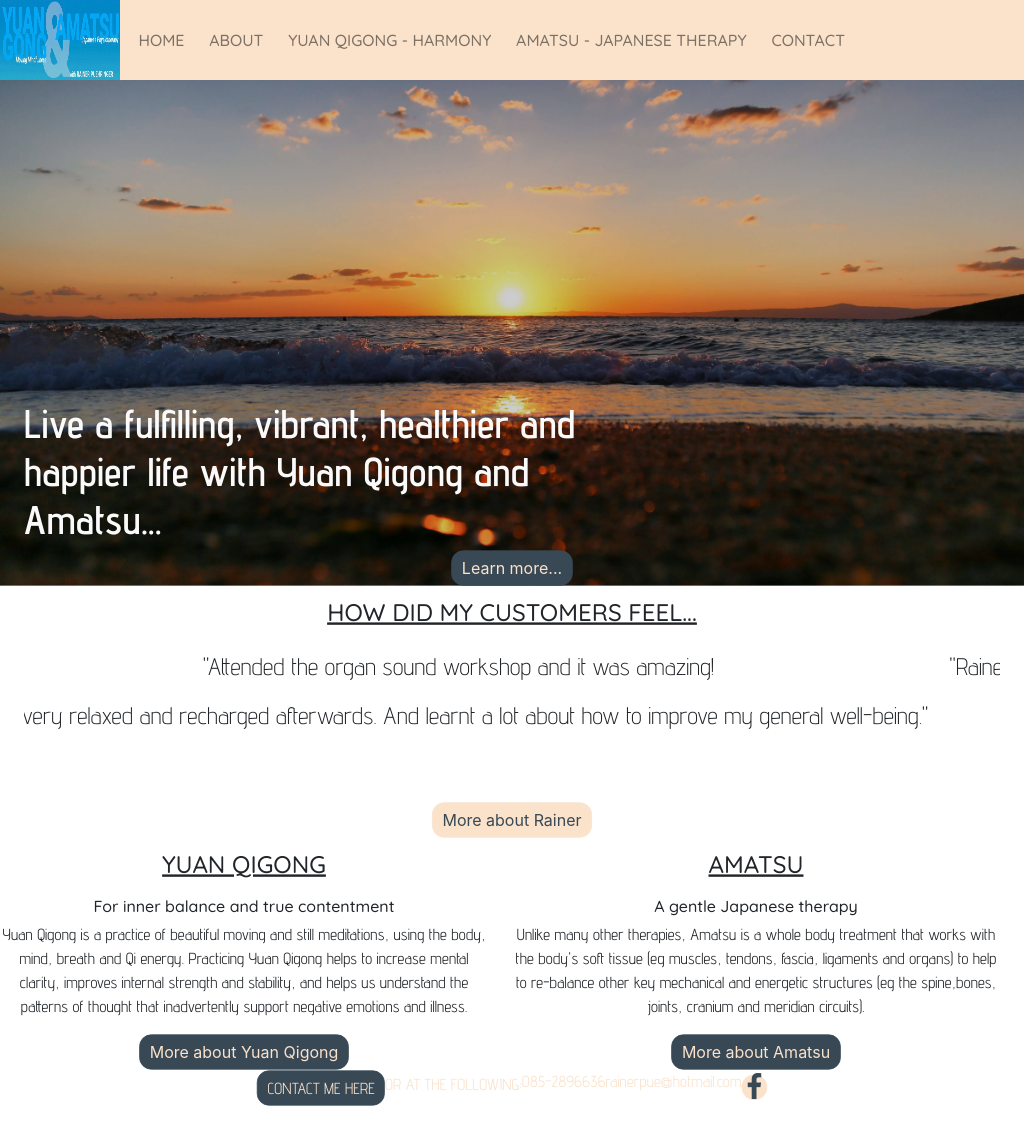
Repository: rainerpue/practitioner_website
Page: index.html
The author's editor kept a record of every edit. The page is drawn from the files as they stood at one moment, then again after the next edit.
The browser window is 1280 px wide. The page is 1295 px wide, so the pictures cover 1295 px, including what lies to the right of the window. The pictures show the whole page, at 80% of full size.
Backgrounds fixed to the window are drawn as part of the page. Some web libraries are served in a nearby version.

Above is the page before.

### index.html
<!DOCTYPE html>
<html lang="en">

<head>
    <meta charset="UTF-8">
    <meta name="viewport" content="width=device-width, initial-scale=1.0">
    <meta http-equiv="X-UA-Compatible" content="ie=edge">
    <meta name="description" content="Home page | Rainer Puehringer, Find your Energy flow">
    <meta name="keywords" content="qigong, amatsu, therapy, energy flow, body balance, harmony, Japanese therapy, yuan gong, ireland">
    <meta name="author" content="Rainer Puehringer">
    <!-- style links -->
    <link rel="stylesheet" href="https://stackpath.bootstrapcdn.com/bootstrap/4.3.1/css/bootstrap.min.css" type="text/css" />
    <link rel="stylesheet" href="https://stackpath.bootstrapcdn.com/font-awesome/4.7.0/css/font-awesome.min.css" type="text/css" />

    <!-- link to my css file comes after to make sure it render over bootstrap style -->
    <link rel="stylesheet" href="assets/css/style.css" type="text/css" />

    <title>Rainer Puehringer, Find your Energy flow with Yuan Qigong and Amatsu</title>

</head>

<body>
    <!-- navbar and logo -->
    <!-- blue background will only show on bigger screens, set to transparent for mobile device -->
    <nav class="navbar navbar-expand-md fixed-top navbar-light bg-coral">
        <!-- logo -->
        <a href="index.html" class="navbar-brand logo">
            <img src="assets/images/logo.jpeg" width="150" height="100" alt="logo">
        </a>
        <!-- button for smaller devices -->
        <button class="navbar-toggler" type="button" data-toggle="collapse" data-target="#burger" aria-controls="burger" aria-expanded="false" aria-label="Toggle navigation">
    <span class="fa fa-bars"></span>
  </button>
        <!-- navigation items which drop down vertically from burger icon in smaller devices -->
        <div class="collapse navbar-collapse" id="burger">
            <ul class="navbar-nav mr-auto text-uppercase">
                <li class="nav-item">
                    <a class="nav-link" href="index.html">Home</a>
                </li>
                <li class="nav-item">
                    <a class="nav-link" href="about.html">About</a>
                </li>
                <li class="nav-item">
                    <a class="nav-link" href="index.html">Yuan Qigong - Harmony</a>
                </li>
                <li class="nav-item">
                    <a class="nav-link" href="index.html">Amatsu - Japanese Therapy</a>
                </li>
                <li class="nav-item">
                    <a class="nav-link" href="index.html">Contact</a>
                </li>
            </ul>
        </div>
    </nav>

    <!-- end navbar -->


    <!-- home image overlay -->
<main>
    <div class="home-image">
        <div class="opaque-overlay">&nbsp;</div>
        <div class="container-fluid">
            <div class="row">
                <div class="col-12">
                    <h1 class="attention">Live a fulfilling, vibrant, healthier and happier life with Yuan Qigong and Amatsu...</h1>
                </div>
            </div>
        </div>
        <div class="container-fluid">
            <div class="row text-center">
                <div class="col-12">
                    <a class="btn btn--gal btn--grey" href="#intro">Learn more...</a>
                </div>
            </div>
        </div>
    </div>

    <!-- testimonials in a carrousel -->
    <section class="bg-slide">
        <div class="row">
            <div class="col text-center">
                <h3 class="text-uppercase color-slide">How did my customers feel...</h3>
            </div>
        </div>
        <div id="carouselExampleControls" class=" carousel slide" data-ride="carousel">
            <div class="carousel-inner col-12">
                <div class="carousel-item active" data-interval="40000">
                    <blockquote class="d-block w-100 color-slide">"Attended the organ sound workshop and it was amazing!</blockquote>
                    <blockquote class="d-block w-100 color-slide">Felt very relaxed and recharged afterwards. And learnt a lot about how to improve my general well-being."</blockquote>
                </div>
                <div class="carousel-item" data-interval="40000">
                    <blockquote class="d-block w-100 color-slide">"Rainer has a deep knowledge on the working of the human body and his Amatsu sessions are great at dealing with the route cause of your pains and ailments.</blockquote>
                    <blockquote class="d-block w-100 color-slide">I highly recommend him"</blockquote>
                </div>
                <div class="carousel-item " data-interval="40000 ">
                    <blockquote class="d-block w-100 color-slide">"Had an Amatsu session with Rainer who quickly and reliably identified sources of my posture problems, which caused me trouble for many many years.</blockquote>
                    <blockquote class="d-block w-100 color-slide">A great feeling!"</blockquote>
                </div>
            </div>
        </div>
        <div class="container-fluid">
            <div class="row text-center">
                <div class="col-12">
                    <a class="btn btn--gal btn--coral" href="#">More about Rainer</a>
                </div>
            </div>
        </div>
    </section>

    <!-- brief introduction section -->

    <section class="intro bg-intro" id="intro">
        <div class="row intro">
            <div class="col-12 col-md-6 text-center">
                <h3 class="text-uppercase color-intro">Yuan Qigong</h3>
                <h4 class="color-intro">For inner balance and true contentment</h4>
                <p class="content-intro">Yuan Qigong is a practice of beautiful moving and still meditations, using the body, mind, breath and Qi energy. Practicing Yuan Qigong helps to increase mental clarity, improves internal strength and stability, and helps us understand
                    the patterns of thought that inadvertently support negative emotions and illness.</p>

                <div class="row text-center">
                    <div class="col-12">
                        <a class="btn btn--gal btn--grey" href="#">More about Yuan Qigong</a>
                    </div>
                </div>
            </div>
            <hr class="section-divider">
            <div class="col-12 col-md-6 text-center">
                <h3 class="text-uppercase  color-intro">Amatsu</h3>
                <h4 class="color-intro">A gentle Japanese therapy</h4>
                <p class="content-intro">Unlike many other therapies, Amatsu is a whole body treatment that works with the body's soft tissue (eg muscles, tendons, fascia, ligaments and organs) to help to re-balance other key mechanical and energetic structures (eg the spine,bones,
                    joints, cranium and meridian circuits).</p>
                <div class="row text-center">
                    <div class="col-12">
                        <a class="btn btn--gal btn--grey" href="#">More about Amatsu</a>
                    </div>
                </div>
            </div>
        </div>
    </section>
</main>
    <!-- footer -->

    <footer>
        <div class="container-fluid footer">
            <div class="row footer-row">
                <div class="col-12 footer-contact">
                    <a class="btn btn--gal btn--grey text-uppercase" href="#">Contact Me Here</a>
                    <h5 class="text-uppercase">or at the following:</h5>
                    <p>085-2896636</p>
                    <p>rainerpue@hotmail.com</p>
                    <a class="socialmedia" href="https://www.facebook.com/YuanGongandAmatsuwithRainer/" target="_blank">
                    <i class="fa fa-facebook"></i>
                    <span class="sr-only">Facebook</span>
                    </a>
                </div>
            </div>
        </div>
    </footer>

    <script src="https://code.jquery.com/jquery-3.2.1.slim.min.js " integrity="sha384-KJ3o2DKtIkvYIK3UENzmM7KCkRr/rE9/Qpg6aAZGJwFDMVNA/GpGFF93hXpG5KkN " crossorigin="anonymous "></script>
    <script src="https://cdnjs.cloudflare.com/ajax/libs/popper.js/1.12.9/umd/popper.min.js " integrity="sha384-ApNbgh9B+Y1QKtv3Rn7W3mgPxhU9K/ScQsAP7hUibX39j7fakFPskvXusvfa0b4Q " crossorigin="anonymous "></script>
    <script src="https://maxcdn.bootstrapcdn.com/bootstrap/4.0.0/js/bootstrap.min.js " integrity="sha384-JZR6Spejh4U02d8jOt6vLEHfe/JQGiRRSQQxSfFWpi1MquVdAyjUar5+76PVCmYl " crossorigin="anonymous "></script>
</body>

</html>

### assets/css/style.css
@import url('https://fonts.googleapis.com/css?family=Advent+Pro:100,200,300,400,500,600,700|Quicksand:300,400,500,700|Poppins:100,200,300,400,500,600,700,800');

body {}

/*-----------------------------------------Colour */

.nav-coral {
    background-color: transparent;
}

.bg-grey {
    background-color: #384955;
    color: #FAE2CB;
    padding-bottom: 20px;
}

.bg-coral {
    background-color: #FAE2CB;
    color: #384955;
    padding-bottom: 20px;
}

/*-----------------------------------------Images */

.about-img {
    background: url(../images/about-image.jpg);
}

.qigong-img {
    background: url(../images/lotus.jpg);
}

.banner-image {
    min-height: 30vh;
    -webkit-background-size: 100% 100%;
    -moz-background-size: 100% 100%;
    -o-background-size: 100% 100%;
    background-size: 100% 100%;
    width: 100vw;
    background-repeat: no-repeat;
    position: relative;
}

.sm-img {
    max-height: 400px;
    max-width: 400px;
}


/*-----------------------------------------Special paddings/margins/texts */

.container-fluid {
    margin: 0;
}

.text-uppercase {
    text-transform: uppercase;
}

.text-center {
    text-align: center;
    margin: 0;
}

.text-justify {
    text-align: justify;
    text-justify: inter-word;
}

main {
    margin: 0;
    padding: 0;
}

h3 {
    padding: 15px 0 15px;
    font-family: "Quicksand", sans-serif;
    font-weight: 500;
    font-size: 30px;
    text-decoration: underline;
}

h4 {
    font-family: "Quicksand", sans-serif;
    font-weight: 500;
    font-size: 20px;
}

a {
    text-decoration: none;
    cursor: pointer;
}

/*-----------------------------------------buttons */

.btn:hover {
    color: #fafafa;
    text-decoration: none;
}

.btn--gal {
    margin-bottom: 0;
    margin-top: 0;
    border-radius: 15px;
    font-size: 20px;
    text-decoration: none;
    cursor: pointer;
}

.btn--grey {
    background-color: #384955;
    border-color: #384955;
    color: #FAE2CB;
}

.btn--grey:hover {
    color: #FF8863;
}

.btn--coral {
    background-color: #FAE2CB;
    border-color: #FAE2CB;
    color: #384955;
}

.btn--coral:hover {
    color: #87B0CD;
}

.btn--footer {
    color: #FAE2CB;
}

/*-----------------------------------------section divider */

.section-divider-short {
    width: 75px;
    height: 5px;
    border: 0;
    background-color: #384955;
}

.section-divider-long {
    width: 100%;
    height: 10px;
    border: 0;
    background-color: #384955;
    margin: 0;
}

/*-----------------------------------------logo */

.logo {
    display: inline-block;
    padding: 0;
    margin: 0;
    line-height: inherit;
    white-space: nowrap;
    background-position: center;
    background-repeat: no-repeat;
    -o-transition: all .5s ease-in-out;
    transition: all .5s ease-in-out;
    -moz-transition: all .5s ease-in-out;
    -webkit-transition: all .5s ease-in-out;
}

/*-----------------------------------------burger icon */

.fa-bars {
    font-size: 30px;
    padding: 5px;
}

.navbar-light .navbar-toggler {
    border-color: rgba(0, 0, 0, .3);
    margin-right: 15px;
}

/*-----------------------------------------nav */

.navbar {
    padding: 0;
    text-align: center;
    overflow: auto;
}

.navbar-collapse {
    background-color: #FAE2CB
}

.nav-item {
    padding-left: 15px;
}

.nav-item a {
    color: #384955;
    font-family: "Quicksand", sans-serif;
    font-weight: 500;
    font-size: 20px;
    -webkit-transition: background-color .2s ease-in-out, color .2s ease-in-out;
    -o-transition: background-color .2s ease-in-out, color .2s ease-in-out;
    transition: background-color .2s ease-in-out, color .2s ease-in-out;
}

.nav-item a:hover {
    color: #FAE2CB!important;
    background-color: #384955;
}

/*-----------------------------------------full background image with attention */

.home-image {
    min-height: 95vh;
    -webkit-box-align: center;
    -ms-flex-align: center;
    align-items: center;
    position: relative;
    background: url(../images/home-image.jpg) no-repeat center center fixed;
    background-size: cover;
    padding-top: 100px;
}

.opaque-overlay {
    position: absolute;
    top: 0;
    left: 0;
    height: 100%;
    width: 100%;
    background: rgba(0, 0, 0, 0.2);
}

.attention {
    width: 80%;
    color: #fafafa;
    font-family: "Advent Pro", sans-serif;
    font-size: 40px;
    font-weight: 600;
    padding-left: 15px;
    padding-top: 200px;
}

/*-----------------------------------------testimonials in carrousel */

.slide {
    position: relative;
    display: -webkit-box;
    display: -ms-flexbox;
    display: flex;
    -webkit-box-align: center;
    -ms-flex-align: center;
    align-items: center;
    min-height: 30vh;
    text-align: center;
    padding: 5px 30px;
    margin-bottom: 20px
}

blockquote {
    width: 80px;
    font-family: "Advent Pro", sans-serif;
    font-weight: 300;
    font-size: 30px;
}

/*-----------------------------------------home intro section */

.intro {
    width: 100%;
    padding: 0;
    min-height: 20vh;
}

.content-intro {
    font-family: "Advent Pro", sans-serif;
    font-size: 20px;
    font-weight: 400;
    margin-bottom: 20px;
}

/*-----------------------------------------footer */

.footer-row {
    padding: 0 15px;
    text-align: center;
    margin-bottom: 20px;
}

.footer-contact {
    font-family: "Advent Pro", sans-serif;
    text-align: center;
    -webkit-box-align: center;
    -ms-flex-align: center;
    align-items: center;
    -webkit-box-pack: center;
    -ms-flex-pack: center;
    justify-content: center;
    color: #FAE2CB;
    padding: 0;
    margin: 0;
}

.footer-contact p {
    font-weight: 400;
    font-size: 20px;

}

.footer-contact h5 {
    font-weight: 400;
    font-size: 20px;
}

.socialmedia i {
    width: 32px;
    height: 32px;
    padding: 12px 0;
    border-radius: 50%;
    font-size: 35px;
    line-height: 7px;
    text-align: center;
    color: #384955;
    background: #FAE2CB;
    transition: all 0.35s ease-in-out;
    -moz-transition: all 0.35s ease-in-out;
    -webkit-transition: all 0.35s ease-in-out;
    -o-transition: all 0.35s ease-in-out;
}

.social-links i:hover {
    background: #e84610;
}

/*-----------------------------------------main content for each page */

.main-content {
    position: relative;
    padding-top: 5px;
    padding-bottom: 5px;
    padding-right: 30px;
    line-height: 200%;
    font-family: "Advent Pro", sans-serif;
    font-size: 20px;
    font-weight: 400;
}

.section-column {
    display: table-cell;
    padding: 0 30px 30px;
    float: none;
}

.intro-section {
    padding-top: 10px;
    padding-bottom: 20px;
}

.section-details {
    min-height: 25vh;
    -webkit-box-align: center;
    -ms-flex-align: center;
    align-items: center!important;
    margin-bottom: 15px;
}



/*-----------------------------------------links to other websites on about page */

.links {
    color: #FAE2CB;
    font-weight: 700;
}

.links:hover {
    color: #FF8863;
}

/*-----------------------------------------timeline */

.timeline {
    margin: 0;
}

.history-items {
    padding-left: 30px;
    padding-bottom: 15px;
}

.timeline-item {
    padding: 4em 2em 0em 2em;
    position: relative;
    color: #384955;
    border-left: 1px solid;
    font-family: "Advent Pro", sans-serif;
}

.timeline-item p {
    padding: 0;
    margin: 0;
}

.timeline-item:before {
    content: attr(data-dates);
    position: absolute;
    left: 2.5em;
    top: 3em;
    display: block;
    font-family: "Advent Pro", sans-serif;
    font-weight: 500;
    font-size: 0.8em;
    padding: 0;
    margin: 0;
}

.timeline-item:after {
    width: 12px;
    height: 12px;
    display: block;
    position: absolute;
    top: 2.4em;
    left: -6px;
    border-radius: 12px;
    content: "";
    background-color: #384955;
}



/*-----------------------------------------qualifications */

.list-row {
    padding: 30px 0 30px;
    line-height: 200%;
}

.list-row i {
    font-size: 40px;
}

/*-----------------------------------------Qigong page */

.qigong-p {
    padding: 15px;
}

.list-section {
    padding-left: 30px;
    padding-bottom: 15px;
    margin-bottom: 10px;
    border: 10px solid;
}

.quote {
    font-family: "Quicksand", sans-serif;
    font-weight: 100;
    font-size: 30px;
}

.quote i {
    padding: 5px;
    font-weight: 700;
}

#video {
    min-height: 50vh;
}

/*-----------------------------------------media queries */

/*-----------------------------------------media query to add navbar color background color on bigger screens */

@media (min-width: 768px) {
    .nav-coral {
        background-color: #FAE2CB;
    }
}

@media (min-width: 768px) {
    .attention {
        padding-top: 400px;
        width: 60%;
        font-size: 50px;
    }
}

@media (min-width: 768px) {
    .slide {
        min-height: 20vh;
    }
}

@media (min-width: 768px) {
    .section-divider-short {
        width: 0px;
        height: 0px;
        border: 0;
    }
}

@media (min-width: 768px) {
    .footer-contact {
        display: -webkit-box;
        display: -ms-flexbox;
        display: flex;
    }
}

@media (min-width: 768px) {
    .footer-contact h5 p a {
        padding-left: 15px;
    }
}

@media (min-width: 768px) {
    .history-items {
        border: 10px solid;
        border-bottom: none;
    }
}

@media (min-width: 768px) {
    .section-column {
        padding: 0 50px 0;
    }
}

After the next edit:
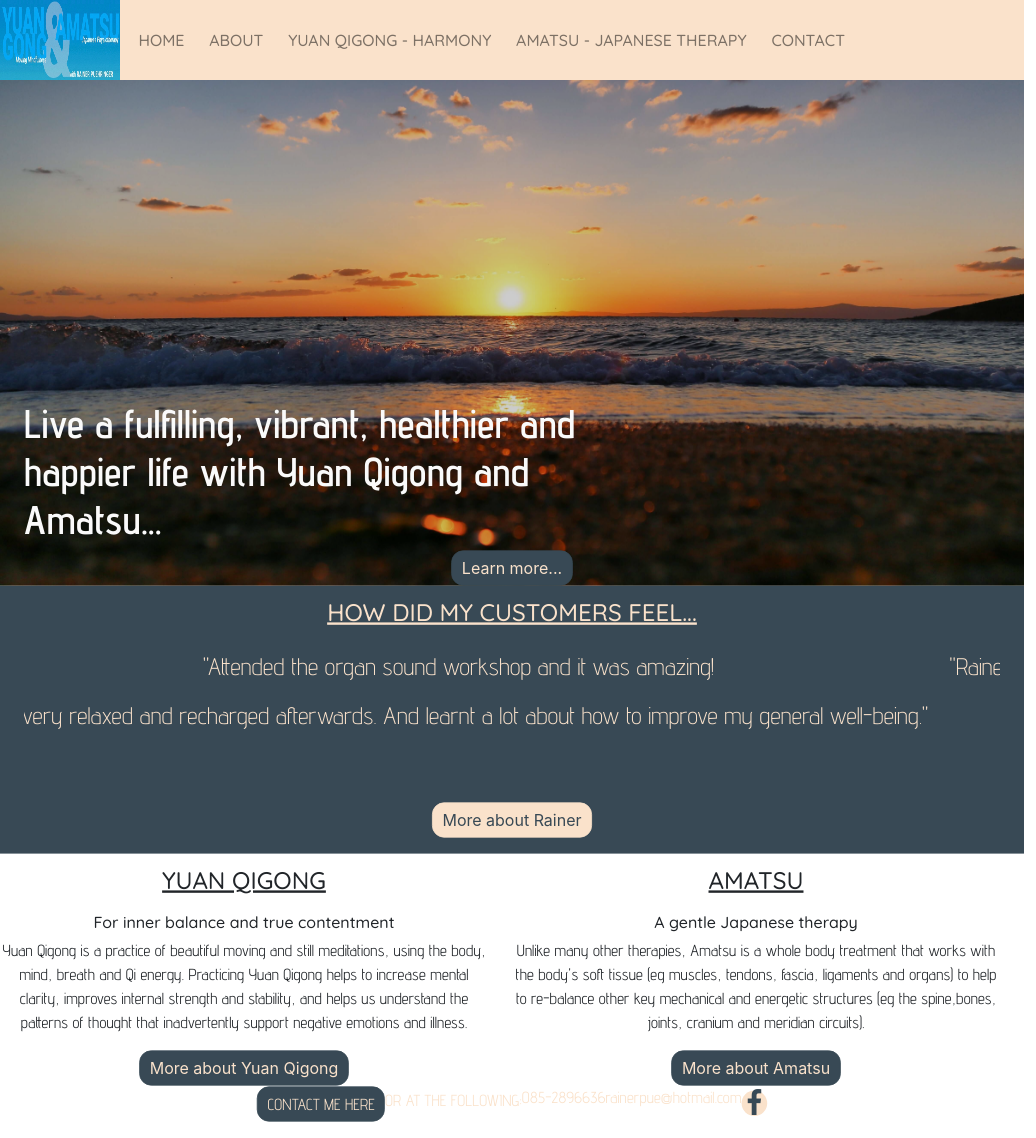
The edit:
--- a/index.html
+++ b/index.html
@@ -77,7 +77,7 @@
     </div>
 
     <!-- testimonials in a carrousel -->
-    <section class="bg-slide">
+    <section class="bg-grey">
         <div class="row">
             <div class="col text-center">
                 <h3 class="text-uppercase color-slide">How did my customers feel...</h3>
